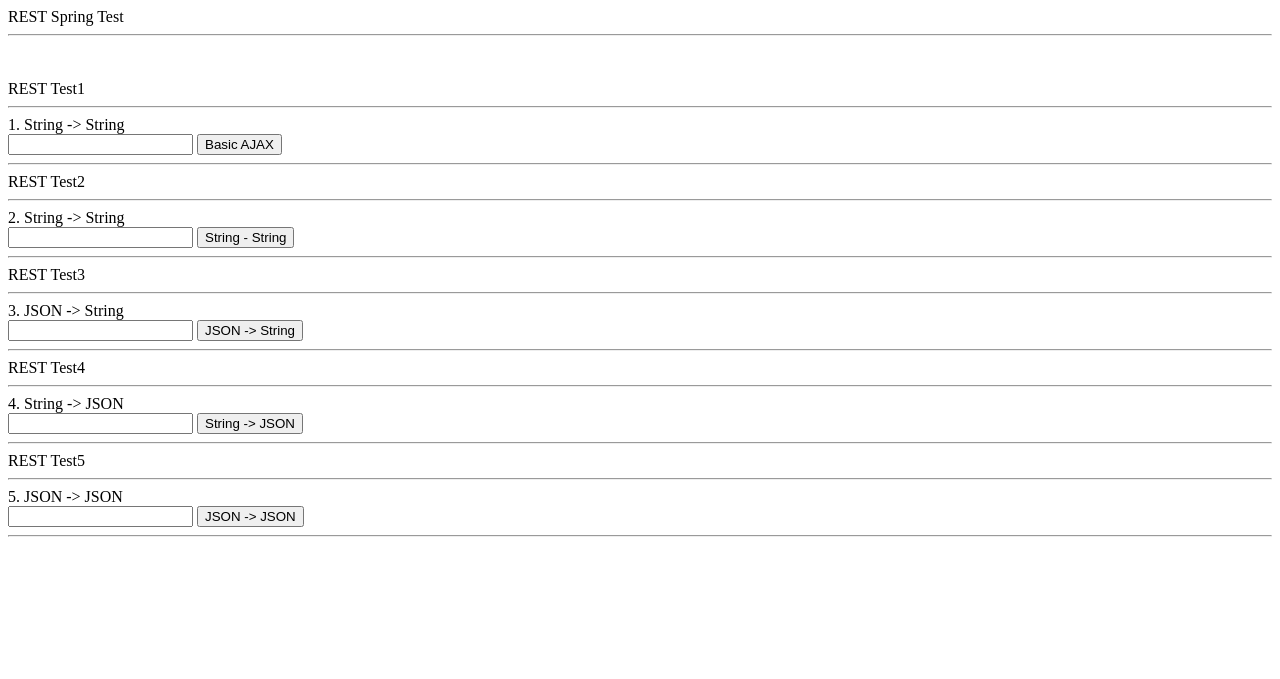
Repository: hinoky4693/workspace_spring
Page: http://localhost/spring3_prj/lec05_rest/rest_test_spring.jsp
An editor plug-in stored every save of this project. The page is shown before and after the next save, followed by the edit.
The browser window is 1280 px wide. The pictures show the whole page.
The page is served by Tomcat 9. Nobody is signed in. The application's start-up code is not run.

Above is the page before, as saved 2024-06-17 07:36:59.

After the next save:
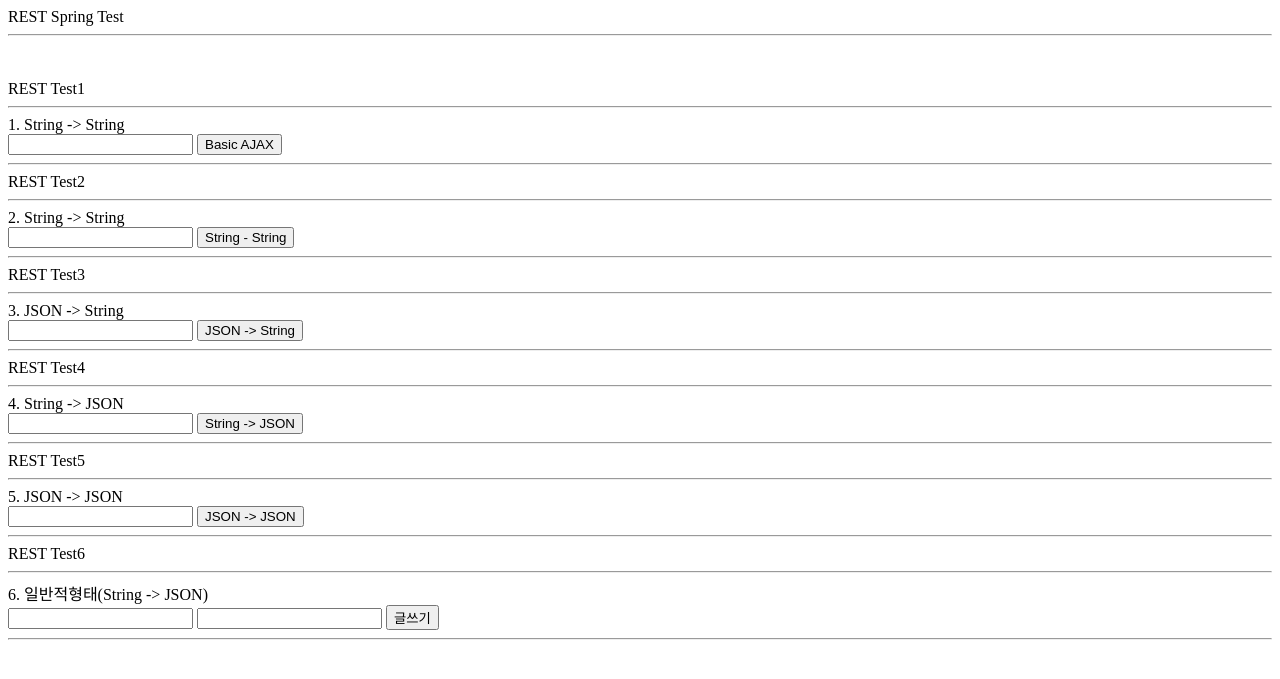
Saved 14 min 18 s later.
--- a/spring3_prj/src/main/webapp/lec05_rest/rest_test_spring.jsp
+++ b/spring3_prj/src/main/webapp/lec05_rest/rest_test_spring.jsp
@@ -38,6 +38,13 @@ REST Test5<hr>
 <input type="text" id="ename5" name="ename5">
 <input type="button" id="json_json" value="JSON -> JSON"><hr>
 
+REST Test6<hr>
+6. 일반적형태(String -> JSON) <br>
+<form>
+<input type="text" id="title" name="title">
+<input type="text" id="regid" name="regid">
+<input type="button" id="writeButton" value="글쓰기"><hr>
+</form>
 
 <script src="https://code.jquery.com/jquery-3.7.1.js"></script>
 <script>
